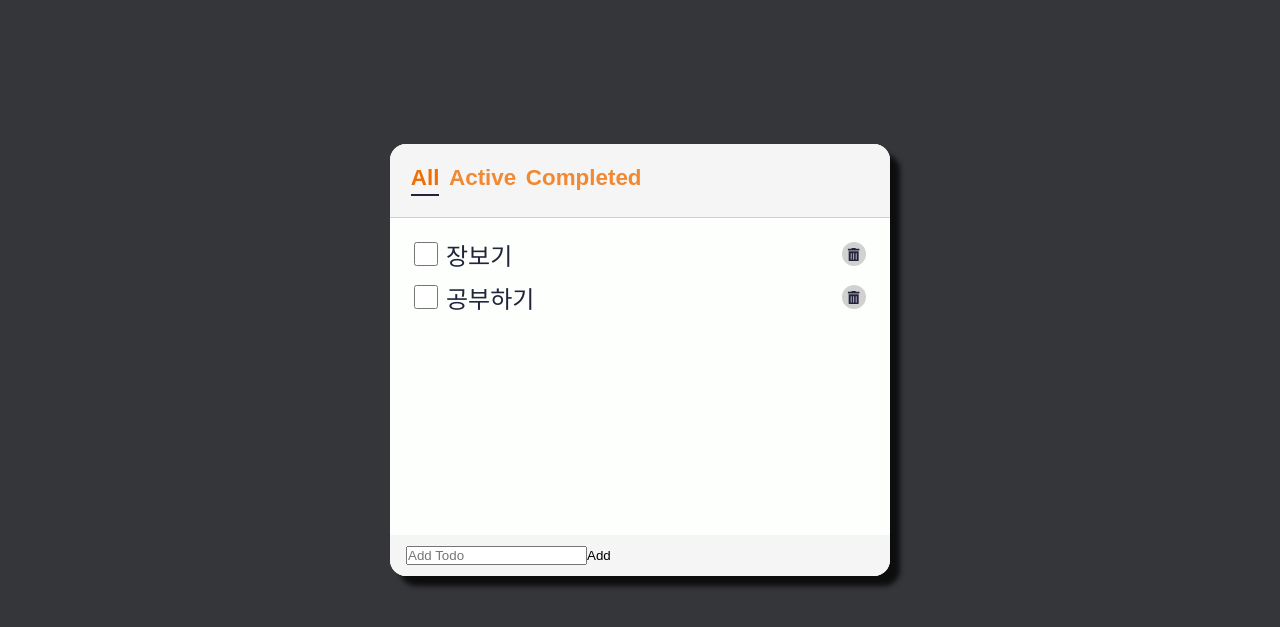
Repository: MrJinkyu/TodoList
Page: /
An editor plug-in stored every save of this project. The page is shown before and after the next save, followed by the edit.
The browser window is 1280 px wide. The pictures show the whole page.
The project was rebuilt for these pictures with package versions that can differ from the ones it lists, and the page was loaded fresh each time.

Above is the page before, as saved 2023-05-01 14:56:45.

### src/index.css
:root{
  --color-body: #35363A;
  --color-bg-dark:#f5f5f5;
  --color-bg: #fdfffd;
  --color-grey: #d1d1d1;
  --color-text: #22243b;
  --color-accent: #f16e03;
  --color-white: white;
  --color-scrollbar: #aaa7a7;
}

*{
  box-sizing: border-box;
  padding: 0;
  margin: 0;
}

button{
  border: none;
  outline: none;
  cursor: pointer;
  background-color: transparent;
}

ul,li{
  list-style: none;
}

body {
  margin: 0;
  font-family: -apple-system, BlinkMacSystemFont, 'Segoe UI', 'Roboto', 'Oxygen',
    'Ubuntu', 'Cantarell', 'Fira Sans', 'Droid Sans', 'Helvetica Neue',
    sans-serif;
  -webkit-font-smoothing: antialiased;
  -moz-osx-font-smoothing: grayscale;
  width: 100vw;
  height: 100vh;
  display: flex;
  justify-content: center;
  align-items: center;
  background-color: var(--color-body);
  font-size: 1.2rem;
  accent-color: var(--color-accent);
}

#root{
  overflow: hidden;
  display: flex;
  flex-direction: column;
  width: 100%;
  height: 60%;
  max-width: 500px;
  background-color: var(--color-bg);
  border-radius: 1rem;
  box-shadow: 10px 10px 5px 0px rgba(0,0,0,0.75);
-webkit-box-shadow: 10px 10px 5px 0px rgba(0,0,0,0.75);
-moz-box-shadow: 10px 10px 5px 0px rgba(0,0,0,0.75);
}

code {
  font-family: source-code-pro, Menlo, Monaco, Consolas, 'Courier New',
    monospace;
}

### src/App.js
import { useState } from "react";
import TodoList from "./components/TodoList";
import Header from "./components/Header";

const filters = ['all', 'active', 'completed'];
function App() {
  const [filter, setFilter] = useState(filters[0]);
  return (
    <>
      <Header filters={filters} filter={filter} onFilterChange={setFilter}/>
      <TodoList filter={filter}/>
    </>
  );
}

export default App;

### src/components/TodoList.jsx
import React, { useState } from 'react';
import {v4 as uuidv4} from 'uuid';
import AddTodo from './AddTodo';
import Todo from './Todo';
import styles from './TodoList.module.css';

export default function TodoList({filter}) {
    const [todos, setTodos] = useState([
        { id: uuidv4(), text: '장보기', status: 'active' },
        { id: uuidv4(), text: '공부하기', status: 'active' }
    ]);
    const handleAdd = (todo) => {
        setTodos([...todos, todo]);
    }
    const handleUpdate = (updated) => {
        setTodos(todos.map((todo) => todo.id === updated.id ? updated : todo));
    }
    const handleDelete = (deleted) => {
        setTodos(todos.filter((todo) => todo.id !== deleted.id));
    }
    const filtered = getFilteredItems(todos, filter);
    return (
        <section className={styles.container}>
            <ul className={styles.list}>
                {filtered.map((item) => (
                    <Todo
                        key={item.id}
                        todo={item}
                        onUpdate={handleUpdate}
                        onDelete={handleDelete}
                    />
                ))}
            </ul>
            <AddTodo onAdd={handleAdd}/>
        </section>
    );
}

function getFilteredItems(todos, filter){
    if(filter === 'all'){
        return todos;
    }
    return todos.filter((todo) => todo.status === filter);
}

### src/components/Header.jsx
import React from 'react';
import styles from './Header.module.css';

export default function Header({filters, filter, onFilterChange}) {
    return (
        <header className={styles.header}>
            <ul className={styles.filters}>
                {filters.map((value,index) => (
                    <li key={index}>
                        <button
                            onClick={() => onFilterChange(value)}
                            className={`${styles.filter} ${filter === value && styles.selected}`}
                        >
                            {value}
                        </button>
                    </li>
                ))}
            </ul>
        </header>
    );
}

### src/components/AddTodo.jsx
import React, { useState } from 'react';
import {v4 as uuidv4} from 'uuid';
import styles from './AddTodo.module.css';

export default function AddTodo({onAdd}) {
    const [text, setText] = useState('');
    const handleChange = (e) => {
        setText(e.target.value);
    }
    const handleSubmit = (e) => {
        e.preventDefault();
        if(text.trim().length === 0){
            return ;
        }
        onAdd({ id: uuidv4(), text, status: 'active' });
        setText('');
    }
    return (
        <form className={styles.form} onSubmit={handleSubmit}>
            <input
                className={styles.input}
                type="text"
                value={text}
                onChange={handleChange}
                placeholder='Add Todo'
            />
            <button className={styles.button}>Add</button>
        </form>
    );
}

### src/components/Todo.jsx
import React from 'react';
import { FaTrashAlt } from 'react-icons/fa';
import styles from './Todo.module.css';

export default function Todo({todo, onUpdate, onDelete}) {
    const { id, text, status } = todo;
    const handleChange = (e) => {
        const status = e.target.checked ? 'completed' : 'active';
        onUpdate({...todo, status});
    }
    return (
        <li className={styles.todo}>
            <input
                className={styles.checkbox}
                type="checkbox"
                name="checkbox"
                id={id}
                checked={status === 'completed'}
                onChange={handleChange}
            />
            <label className={styles.text} htmlFor={id}>{text}</label>
            <span className={styles.icon}>
                <button className={styles.button} onClick={() => onDelete(todo)}>
                    <FaTrashAlt/>
                </button>
            </span>
        </li>
    );
}

### src/components/TodoList.module.css
.container{
    height: 100%;
    display: flex;
    flex-direction: column;
}

.list{
    flex: 1 1 auto;
    padding: 0.7rem 1rem;
}

### src/components/Header.module.css
.header{
    background-color: var(--color-bg-dark);
    display: flex;
    justify-content: space-between;
    align-items: center;
    padding: 1rem;
    border-bottom: 1px solid var(--color-grey);
}

.filters{
    display: flex;
}

.filter{
    margin: 0.3rem;
    font-size: 1.4rem;
    color: var(--color-accent);
    font-weight: bold;
    opacity: 0.8;
    text-transform: capitalize;
}

.filter:hover,
.filter.selected{
    opacity: 1;
}

.filter.selected::after{
    content: '';
    display: block;
    margin-top: 0.2rem;
    border: 1px solid var(--color-text);
}

### src/components/AddTodo.module.css
.form{
    width: 100%;
    display: flex;
    padding: 0.7rem 1rem;
    background-color: var(--color-bg-dark);
}

.input{

}

.button{

}

### src/components/Todo.module.css
.todo{
    display: flex;
    justify-content: space-between;
    align-items: center;
    margin: 0.5rem;
}

.checkbox{
    width: 1.5rem;
    height: 1.5rem;
}

.text{
    flex: 1 1 0%;
    margin-left: 0.5rem;
    font-size: 1.5rem;
    color: var(--color-text);
}

.icon{
    width: 1.5rem;
    height: 1.5rem;
    border-radius: 50%;
    background-color: var(--color-grey);
    text-align: center;
    transition: all 150ms ease-out;
}

.icon:hover{
    transform: rotate(15deg) scale(1.2);
    background-color: var(--color-accent);
}

.button{
    color: var(--color-text);
}

Loaded but not shown: public/index.html (common file); src/index.js (common file); src/reportWebVitals.js (common file)

After the next save:
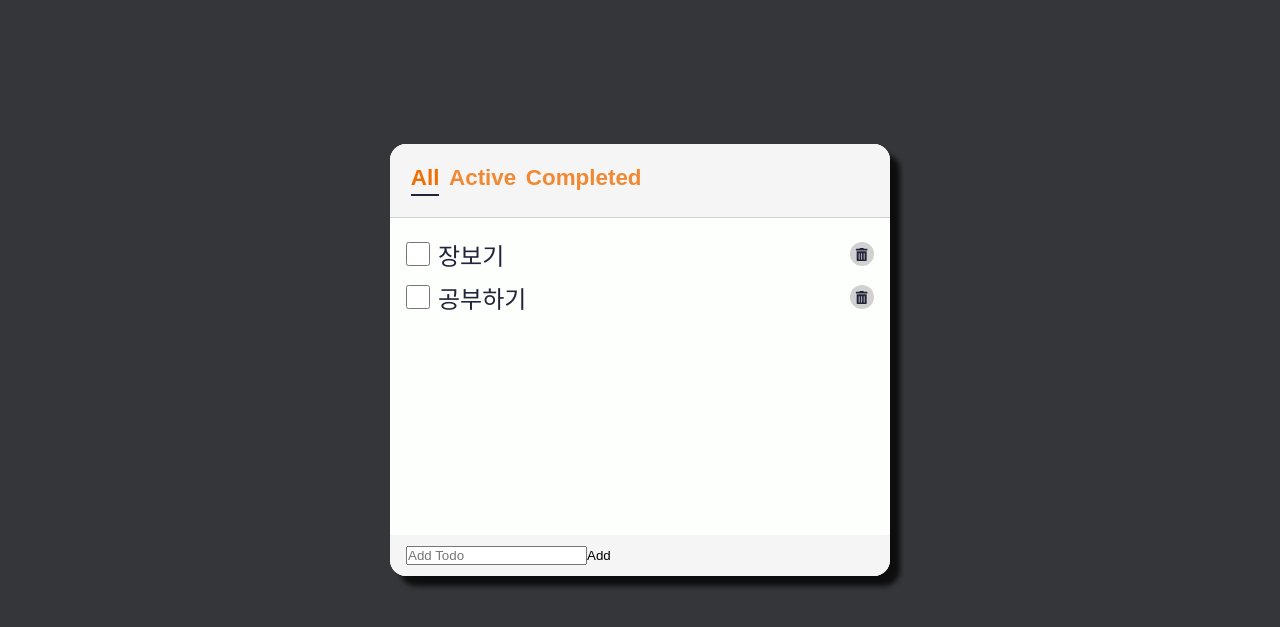
Saved 5 s later.
--- a/src/components/Todo.module.css
+++ b/src/components/Todo.module.css
@@ -2,7 +2,7 @@
     display: flex;
     justify-content: space-between;
     align-items: center;
-    margin: 0.5rem;
+    margin-top: 0.5rem;
 }
 
 .checkbox{
